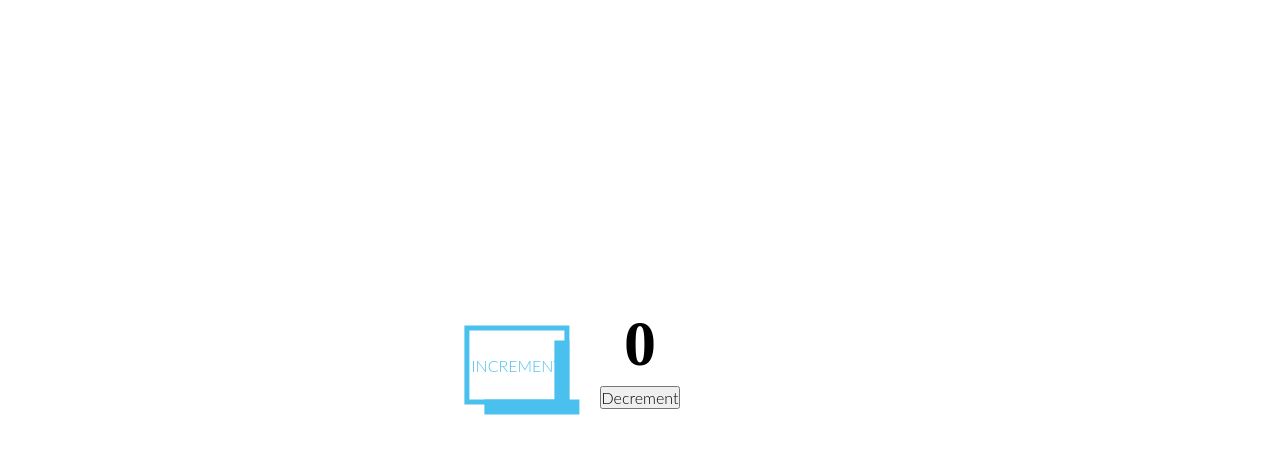
Repository: Ellisvelandia/react_introduction_test
Page: /
These files come from the project's save history. The page is drawn as it stood at one moment and after the next save; the edit follows.
The browser window is 1280 px wide. The pictures show the whole page.
The project was rebuilt for these pictures with package versions that can differ from the ones it lists, and the page was loaded fresh each time. Also part of the build but not shown: src/index.css.

Above is the page before, as saved 2022-08-15 20:10:55.

### src/App.js
import "./App.scss";
import React, { useState } from "react";

const App = () => {
  const [num, changeNum] = useState(0);

  const incrementNum = () => {
    changeNum(num + 2);
  };

  const decrementNum = () => {
    if (num - 1 < 0) {
      alert(`you can't decrease than 0`);
    } else {
      changeNum(num - 2);
    }
  };

  return (
    <>
      <div className="container">
        <h1>{num}</h1>
        <button className="button_I" onClick={incrementNum}>Increment</button>
        <button className="button_D" onClick={decrementNum}>Decrement</button>
      </div>
    </>
  );
};

export default App;

### src/App.scss
* {
  margin: 0;
  padding: 0;
  box-sizing: border-box;
}

body {
  width: 100%;
  height: 100vh;
  display: flex;
  justify-content: center;
  align-items: center;
  flex-direction: column;
}

.container {
  align-self: center;
}

h1 {
  text-align: center;
  font-size: 4rem;
}

button {
  font-size: 1rem;
  margin: 5px;
  font-family: "Lato", sans-serif;
  font-weight: 300;
}


.button_I {
  position: absolute;
  left: 40%;
  top: 50%;
  transform: translateX(-50%) translateY(-50%);

  background: #fff;
  max-width: 120px;
  padding: 25px 2px;

  border: 5px solid #4ac0ee;
  color: #4ac0ee;
  text-transform: uppercase;
  text-align: center;

  z-index: 2;
  transition: all 0.15s 0.15s ease-out;

  &:after,
  &:before {
    position: absolute;
    width: 100%;
    max-width: 100%;
    top: 100%;
    left: 0;
    bottom: -10px;
    content: "";
    z-index: 1;
    transition: all 0.15s 0.15s ease-out;
  }

  &:before {
    background: #4ac0ee;
    top: 10px;
    left: 85px;
    height: 100%;
    width: 15px;
  }

  &:after {
    width: 100%;
    background: #4ac0ee;
    right: 0px;
    left: 15px;
    height: 15px;
  }

  &:hover {
    background: #4ac0ee;
    color: #fff;
    margin-left: -7.5px;
    margin-bottom: -7.5px;

    &:after,
    &:before {
      top: 100%;
      left: 0;
      bottom: 0px;
    }

    &:before {
      top: 0px;
      left: 0px;
      width: 0px;
    }

    &:after {
      right: 0px;
      left: 0px;
      height: 0px;
    }
  }
}

Loaded but not shown: public/index.html (common file); src/index.js (common file); src/reportWebVitals.js (common file)

After the next save:
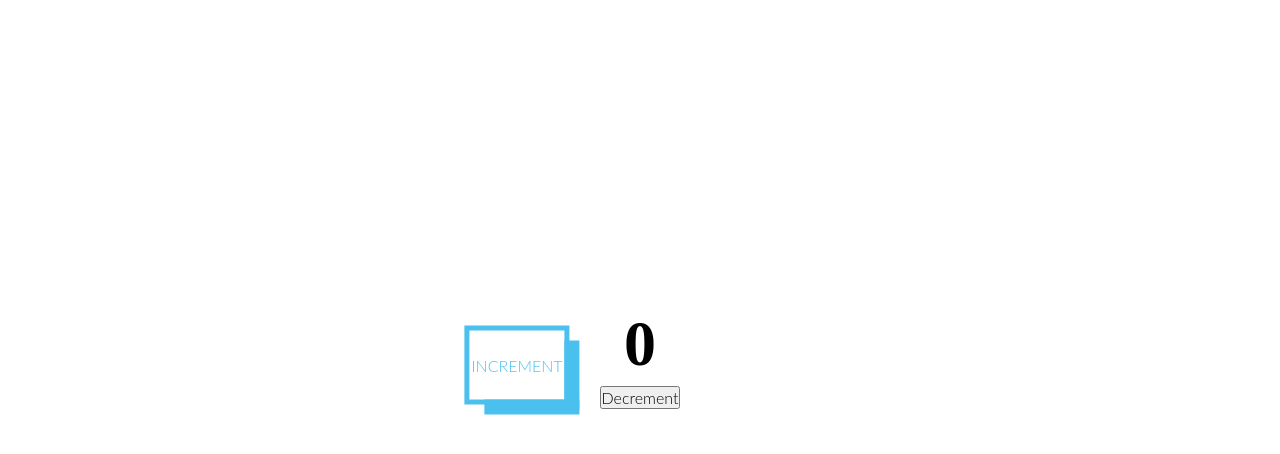
Saved 4 s later.
--- a/src/App.scss
+++ b/src/App.scss
@@ -64,7 +64,7 @@ button {
   &:before {
     background: #4ac0ee;
     top: 10px;
-    left: 85px;
+    left: 95px;
     height: 100%;
     width: 15px;
   }
